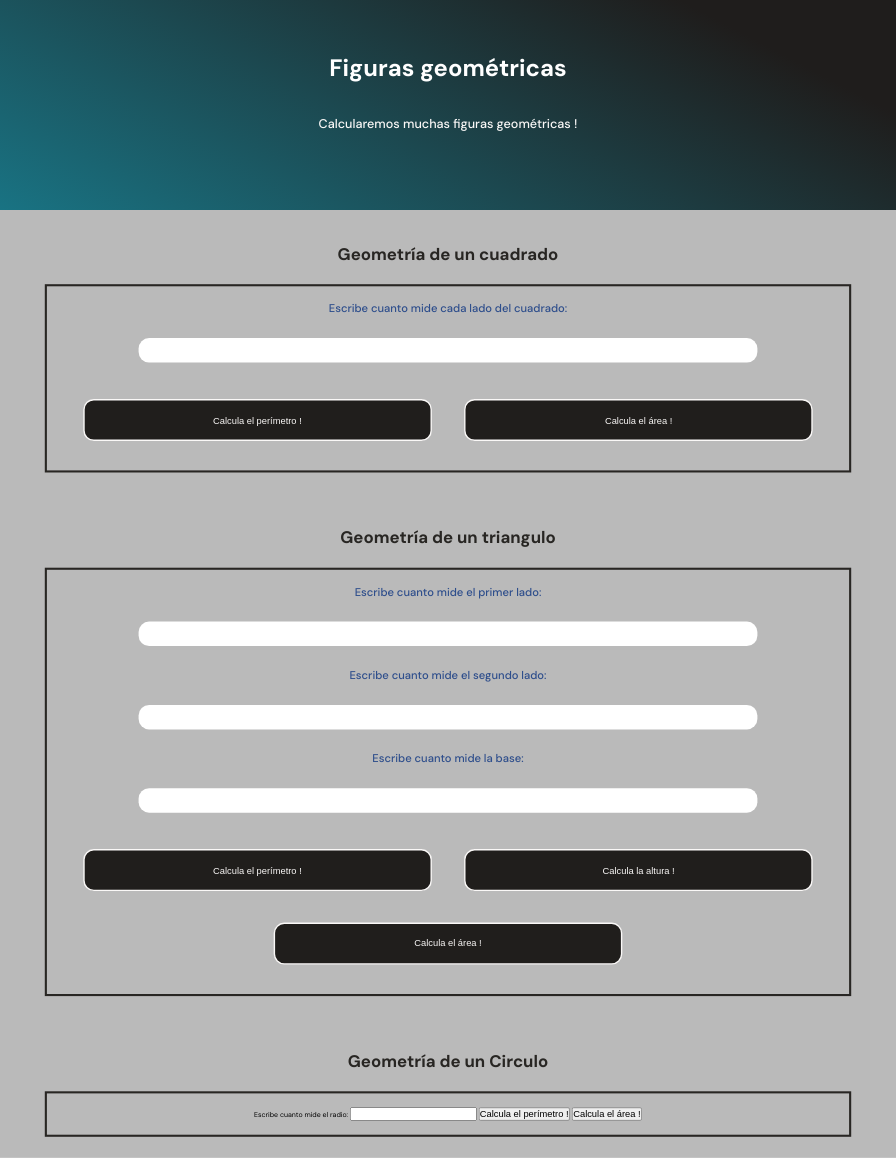
Repository: ChristianGecchelin/javascript-project
Page: javascript-project/figuras-geometricas/figuras.html
The author's editor kept a copy of each file at every save. The page is drawn from the files as they stood at one save, then again after the next save.
The browser window is 1280 px wide. The pictures show the whole page, at 70% of full size.

Above is the page before, as saved 2021-12-02 00:36:16.

After the next save:
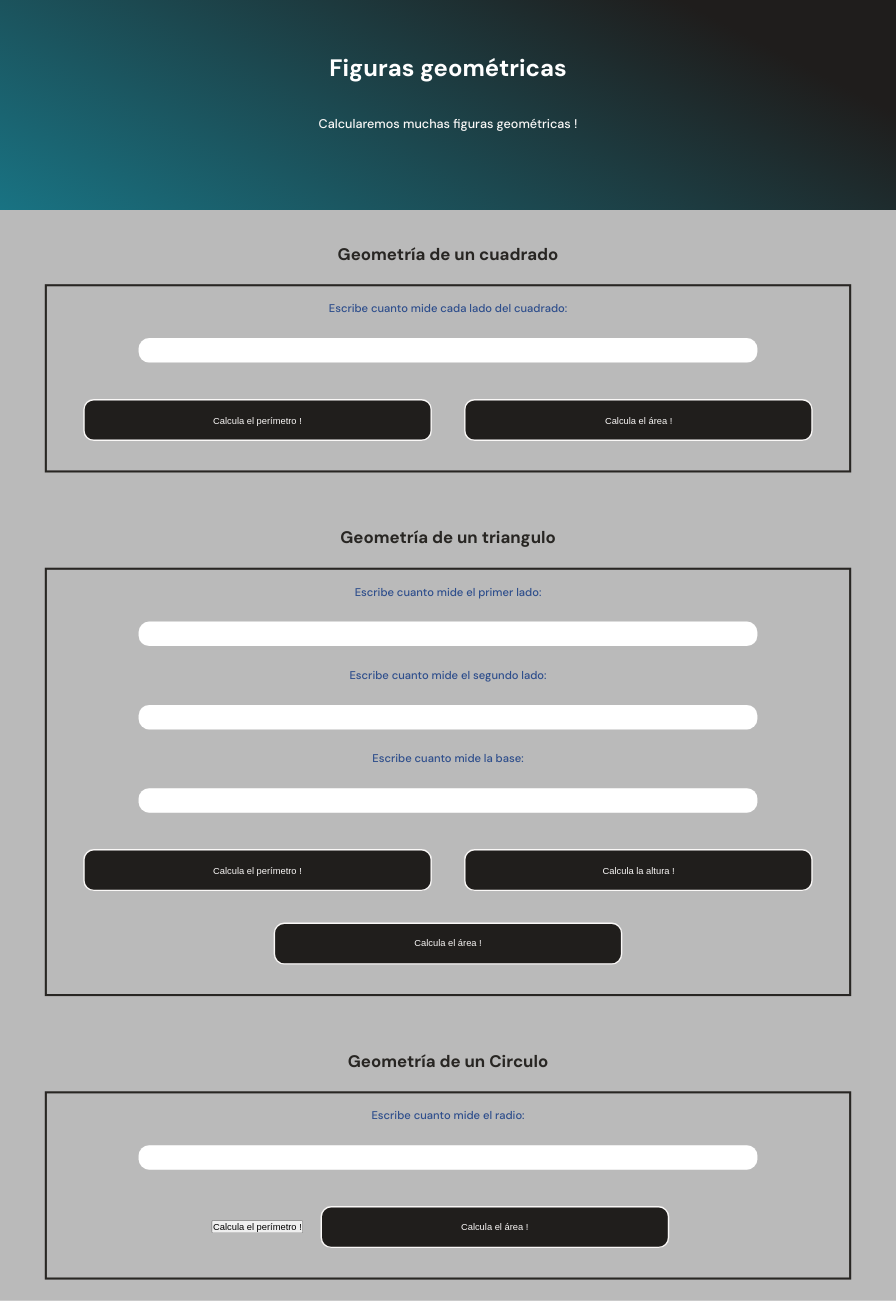
Saved 42 s later.
--- a/javascript-project/figuras-geometricas/figuras.html
+++ b/javascript-project/figuras-geometricas/figuras.html
@@ -98,12 +98,18 @@
         </h2>
         <div class="main-calculadora-form-contenedor">
           <form action="">
-            <label for="">Escribe cuanto mide el radio:</label>
-            <input type="number" id="inputRadio" />
+            <label class="form--label-input" for=""
+              >Escribe cuanto mide el radio:</label
+            >
+            <input class="form--input" type="number" id="inputRadio" />
             <button type="button" onclick="calcularPerimetroCirculo()">
               Calcula el perímetro !
             </button>
-            <button type="button" onclick="calcularAreaCirculo()">
+            <button
+              class="form--input-boton"
+              type="button"
+              onclick="calcularAreaCirculo()"
+            >
               Calcula el área !
             </button>
             <!-- type button, para quitarle el submit por defecto y que no me redireccione a ningun lado -->
